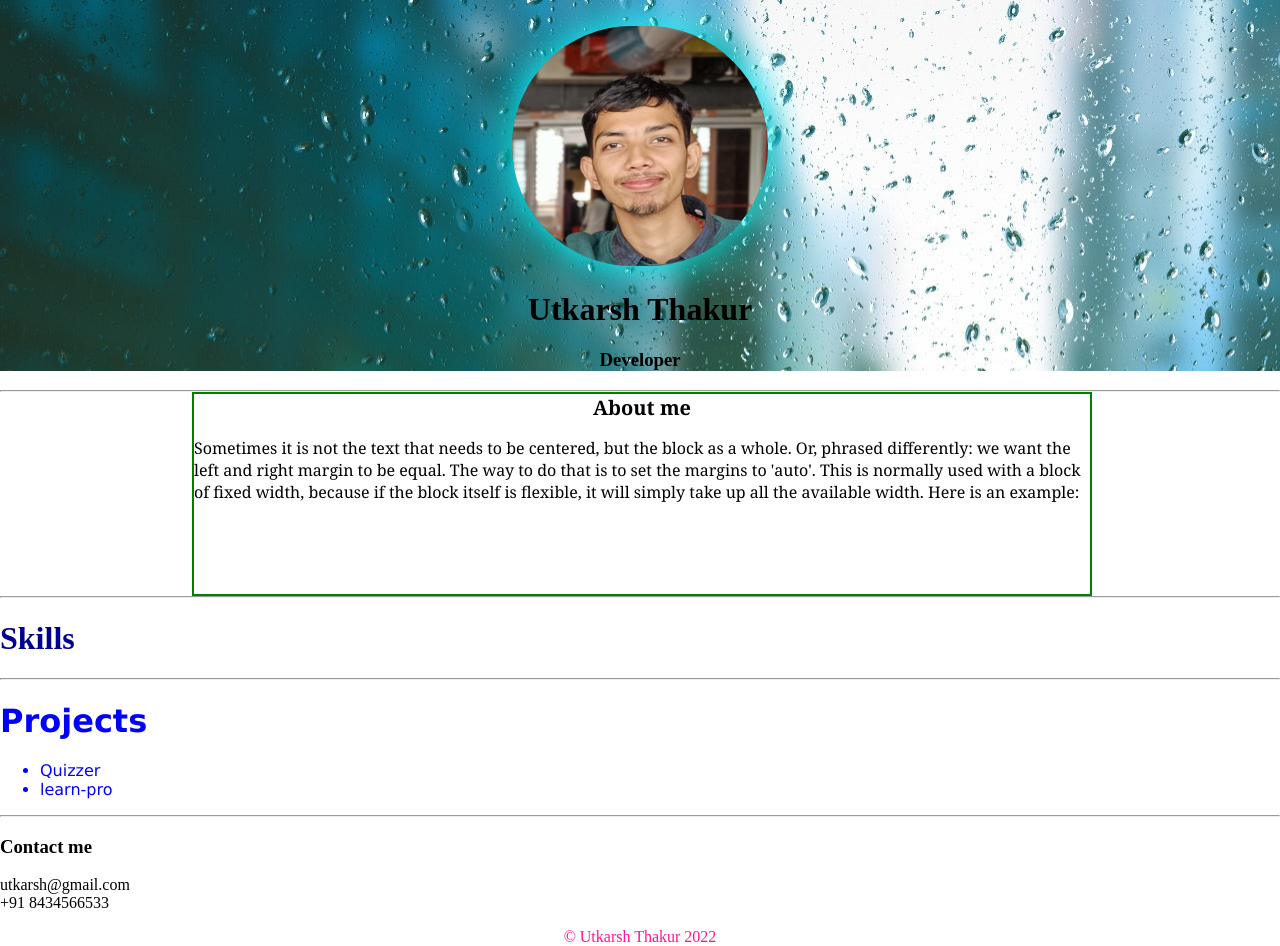
Repository: UtkarshThakur321/Utkarsh-Thakur-Profile
Page: index.html
These files come from the project's save history. The page is drawn as it stood at one moment and after the next save; the edit follows.
The browser window is 1280 px wide. The pictures show the whole page.

Above is the page before, as saved 2022-01-22 23:32:08.
Not found: main.js

After the next save:
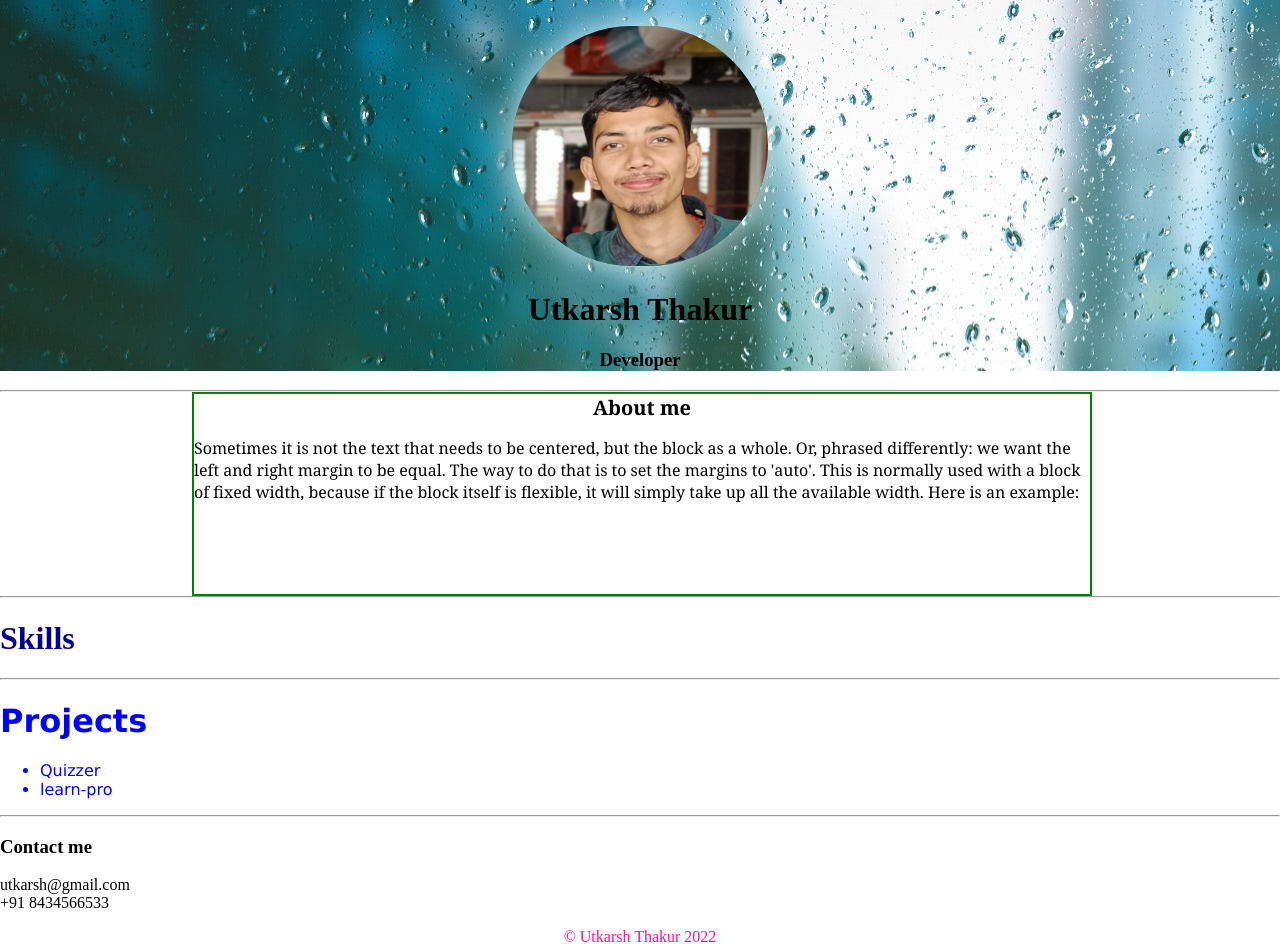
Saved 53 s later.
--- a/index.css
+++ b/index.css
@@ -17,7 +17,7 @@ body{
     height:240px;
     width:20%;
     border-radius: 130px;
-    box-shadow: 0px 0px 40px aqua;
+    box-shadow: 0px 0px 40px rgb(235, 253, 253);
 }
 
 #aboutMe{
